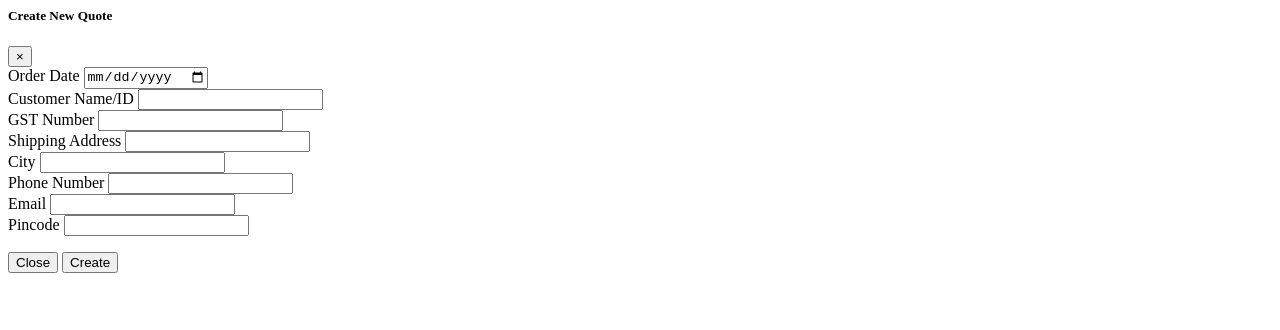
Repository: hrishibhattu/CodeFury-Internal-2
Page: ToYoDo/WebContent/WEB-INF/modal/quote.html
These files come from the project's save history. The page is drawn as it stood at one moment and after the next save; the edit follows.
The browser window is 1280 px wide. The pictures show the whole page.

Above is the page before, as saved 2021-09-19 06:35:13.

After the next save:
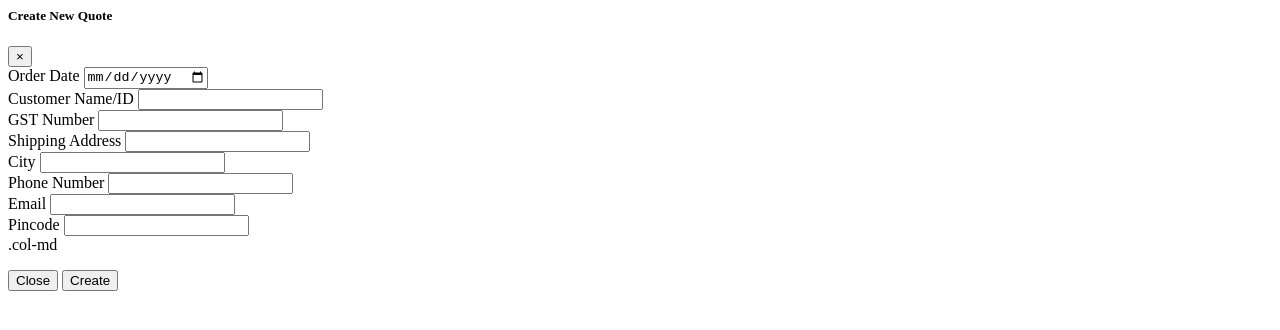
Saved 2 min 41 s later.
--- a/ToYoDo/WebContent/WEB-INF/modal/quote.html
+++ b/ToYoDo/WebContent/WEB-INF/modal/quote.html
@@ -53,7 +53,11 @@
 							class="form-control" id="pincode">
 						</div>
 					</div>
-
+					<div class="container-fluid">
+					    <div class="row">
+					      <div class="col-md">.col-md</div>
+					    </div>
+					</div>
 				</form>
 
 			</div>
